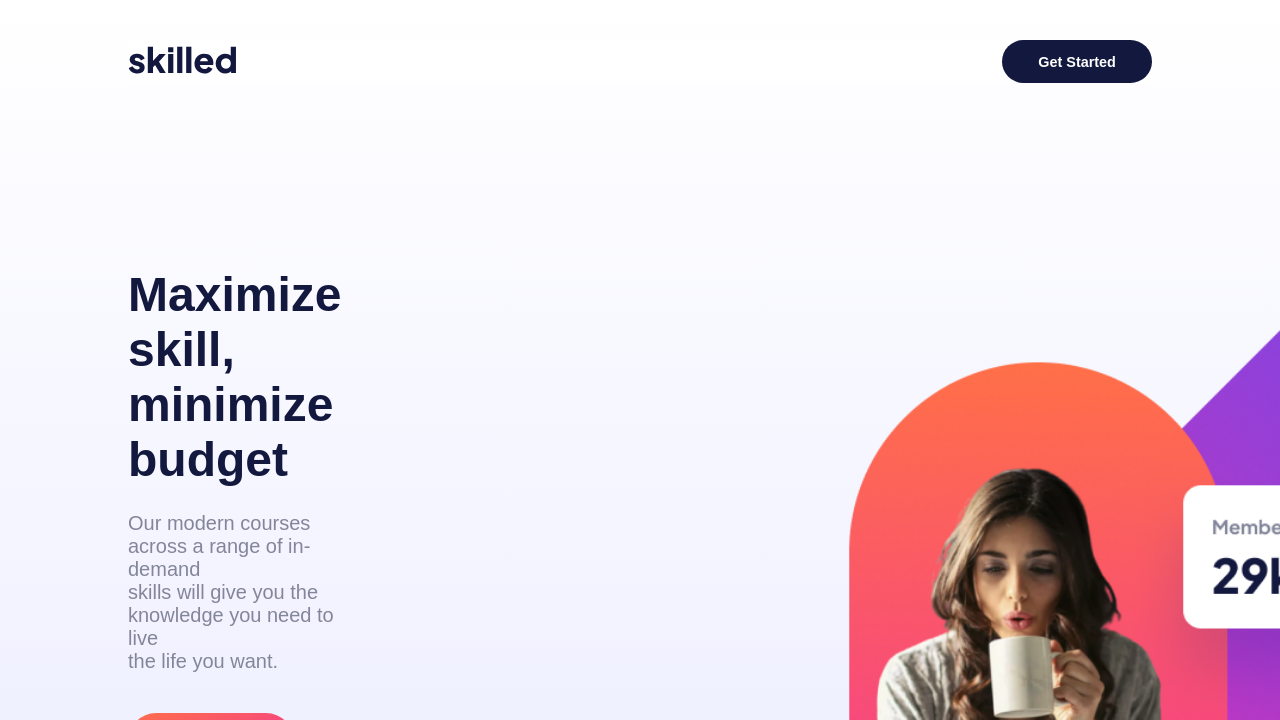
Repository: exe-walt/E-Learning-Landing-Page
Page: index.html
The author's editor kept a copy of each file at every save. The page is drawn from the files as they stood at one save, then again after the next save.
The browser window is 1280 px wide. The pictures show the whole page.
An inner scrolling area shows only its first screen. Some web fonts or font styles are not loaded; a fallback is used.

Above is the page before, as saved 2025-05-30 17:21:16.

After the next save:
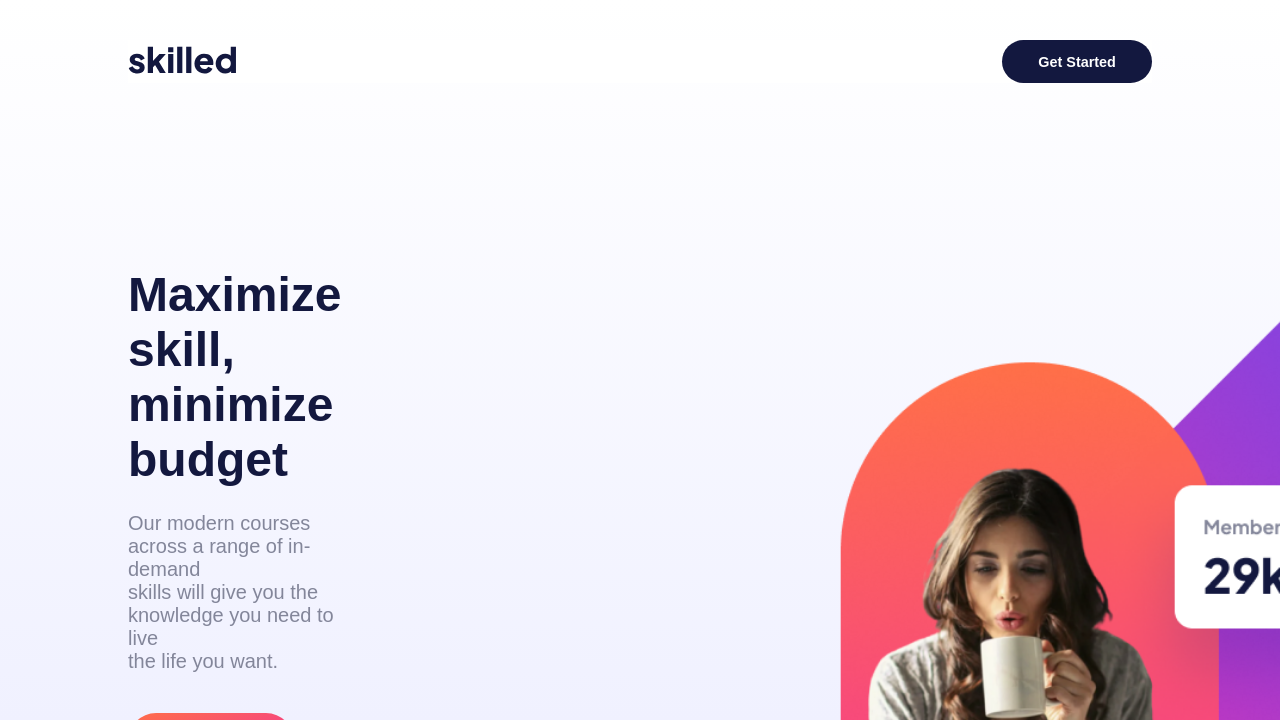
Saved 38 s later.
--- a/css/style.css
+++ b/css/style.css
@@ -70,6 +70,11 @@
   display: flex;
 }
 
+.hero-section img {
+  width: ;
+  height: auto;
+}
+
 .hero-text {
   margin-top: 11.5em;
 }
@@ -115,7 +120,7 @@
 
 .img1 {
   width: 105%;
-  transform: translate(35%, 80px);
+  transform: translate(34%, 80px);
   position: relative;
   z-index: 3;
 }

After the save that followed:
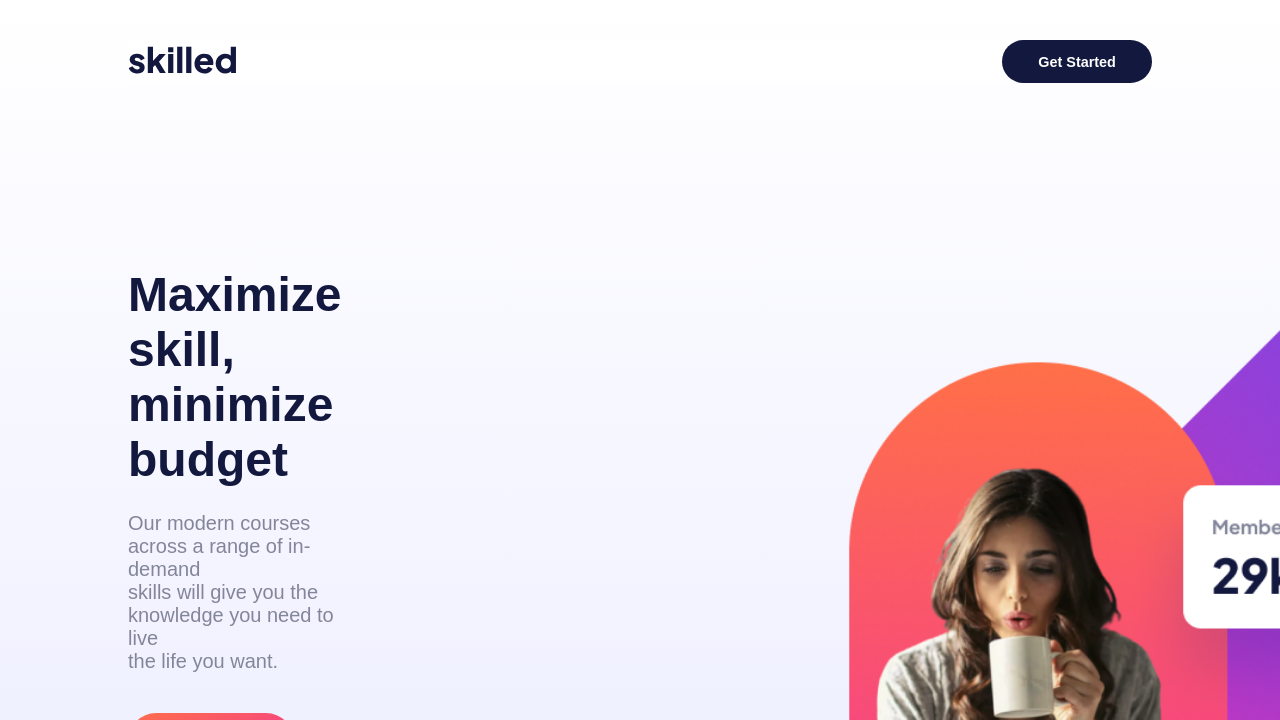
Saved 5 s later.
--- a/css/style.css
+++ b/css/style.css
@@ -120,7 +120,7 @@
 
 .img1 {
   width: 105%;
-  transform: translate(34%, 80px);
+  transform: translate(35%, 80px);
   position: relative;
   z-index: 3;
 }
